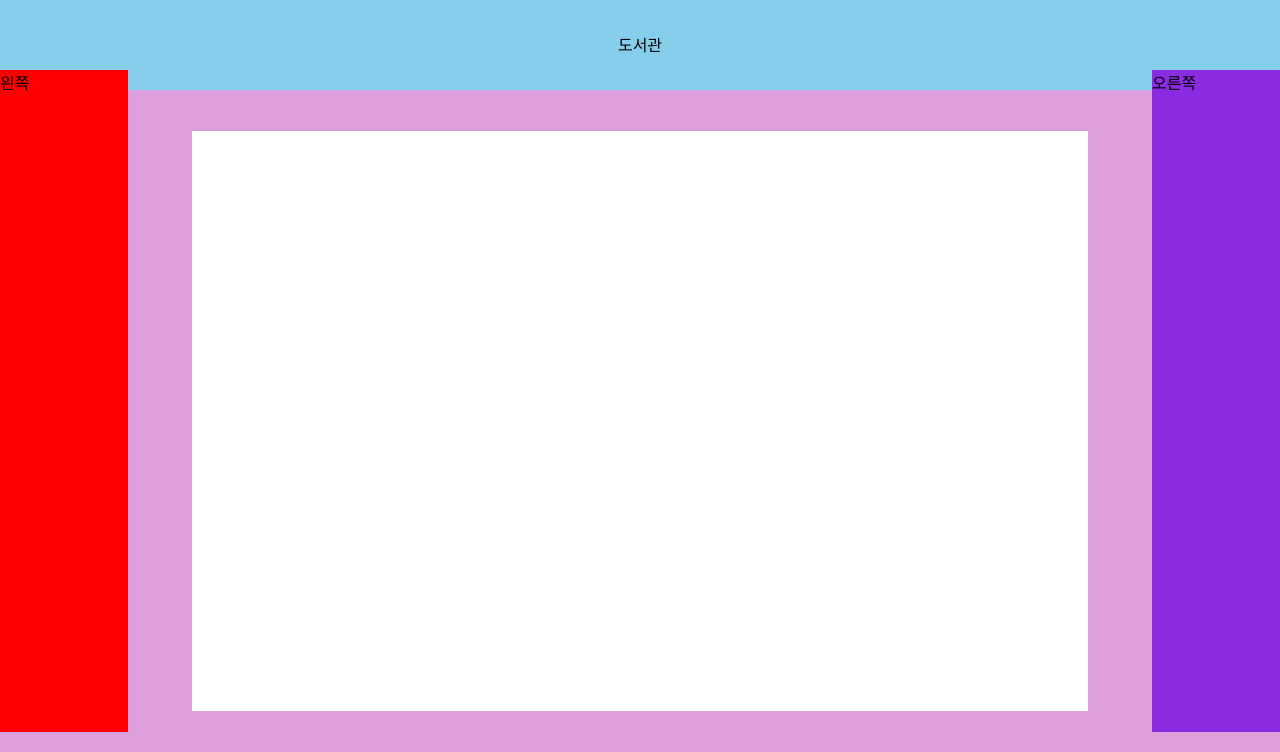
Repository: sojihwan/API_-Multi
Page: / (app in API/)
The author's editor kept a copy of each file at every save. The page is drawn from the files as they stood at one save, then again after the next save.
The browser window is 1280 px wide. The pictures show the whole page.
The project was rebuilt for these pictures with package versions that can differ from the ones it lists, and the page was loaded fresh each time. Also part of the build but not shown: API/src/App.css.

Above is the page before, as saved 2022-05-24 15:34:10.

### API/src/App.js
import "./App.css";
import Layout from "./Layout/Layout";

function App() {
  return (
    <div>
      <Layout />
    </div>
  );
}

export default App;

### API/src/Layout/layout.js
import React from "react";
import "./Layout.css";
import Section from "./Section";

function Layout() {
  return (
    <div className="layout">
      <header>도서관</header>
      <main>
        <aside>왼쪽</aside>
        <Section />
        <aside>오른쪽</aside>
      </main>
    </div>
  );
}

export default Layout;

### API/src/Layout/layout.css
.layout {
  box-sizing: border-box;
}

header {
  top: 0px;
  width: 100%;
  height: 90px;
  line-height: 90px;
  text-align: center;
  background: skyblue;
}

aside {
  top: 70px;
}

main aside:first-child {
  position: absolute;
  left: 0;
  width: 10%;
  height: 91.9%;
  background: red;
}

main {
  display: flex;
  justify-content: center;
  align-items: center;
  min-height: 91.9vh;
  background: plum;
}

main aside:last-child {
  position: absolute;
  right: 0;
  width: 10%;
  height: 91.9%;
  background: blueviolet;
}

### API/src/Layout/Section.js
import React from "react";
import "../Layout/Section.css";

function Section() {
  return (
    <div className="section">
      <div></div>
    </div>
  );
}

export default Section;

### API/src/Layout/Section.css
.section {
  width: 70%;
  padding: 290px 0;
  text-align: center;
  background: white;
}

Loaded but not shown: API/public/index.html (common file); API/src/index.js (common file); API/src/index.css (common file); API/src/reportWebVitals.js (common file)

After the next save:
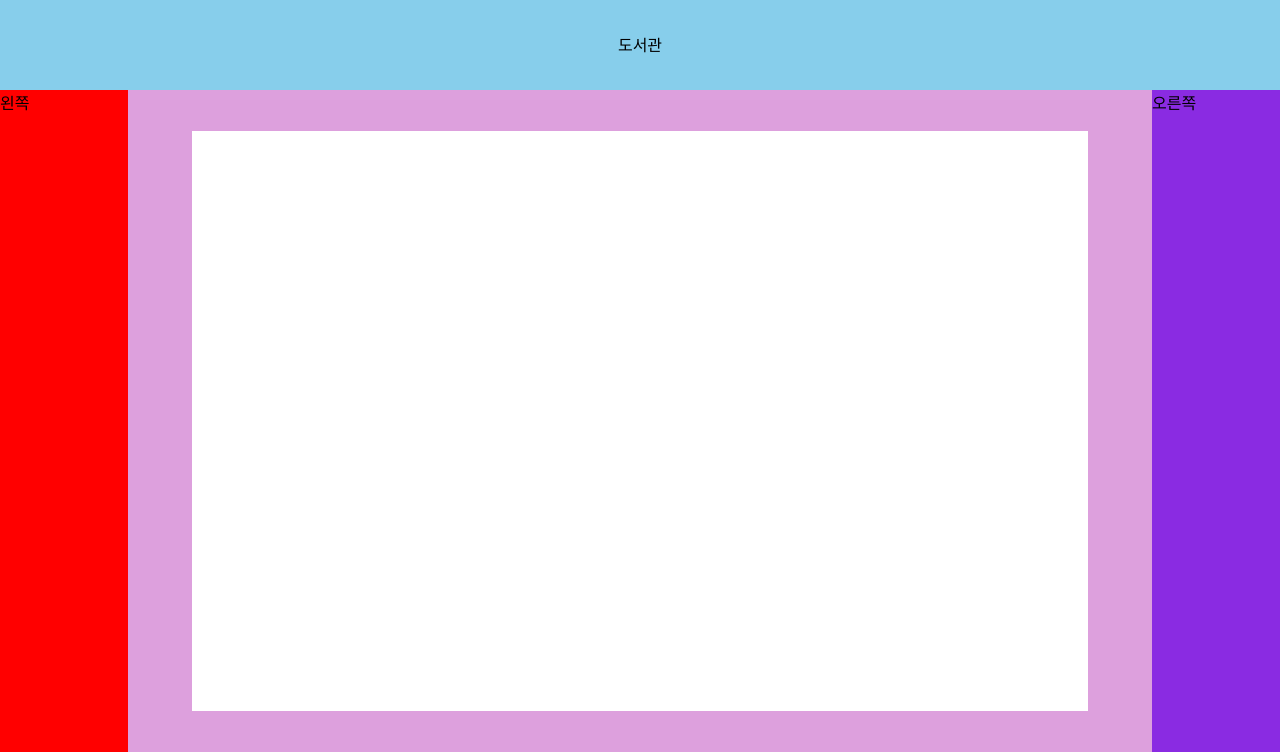
Saved 12 s later.
--- a/API/src/Layout/layout.css
+++ b/API/src/Layout/layout.css
@@ -12,7 +12,7 @@ header {
 }
 
 aside {
-  top: 70px;
+  top: 90px;
 }
 
 main aside:first-child {
